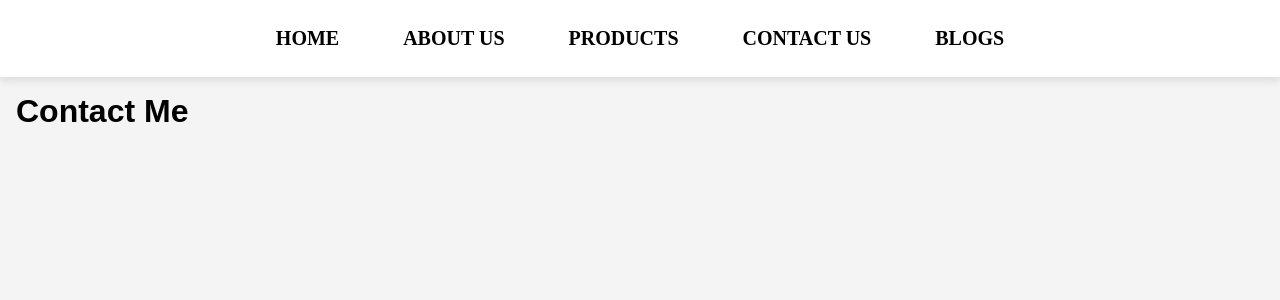
Repository: SharonSebastian32/ecommerce-web-using-react-framework
Page: /contact
An editor plug-in stored every save of this project. The page is shown before and after the next save, followed by the edit.
The browser window is 1280 px wide. The pictures show the whole page.
Some web fonts or font styles are not loaded; a fallback is used. The project was rebuilt for these pictures with package versions that can differ from the ones it lists, and the page was loaded fresh each time. Also part of the build but not shown: src/Style/homeStyle.css, src/pages/Home.jsx, src/pages/Blogs.jsx, src/pages/NoPage.jsx, src/pages/About.jsx, src/ProductPage/productCard.jsx, src/ProductPage/productPage.jsx, src/index.css.

Above is the page before, as saved 2024-07-02 11:26:08.

After the next save:
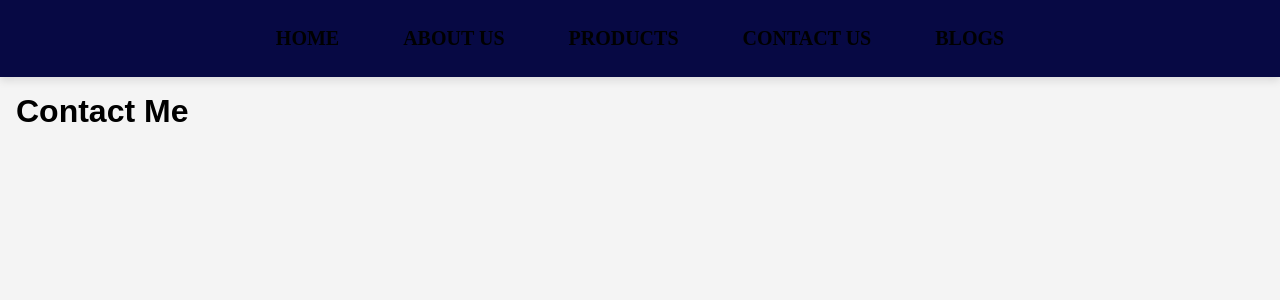
Saved 38 s later.
--- a/src/Style/layout1.css
+++ b/src/Style/layout1.css
@@ -8,7 +8,7 @@
     }
 
     nav {
-         background-color: #ffffff;
+         background-color: #070944;
         box-shadow: 0 4px 8px rgba(0, 0, 0, 0.1);
     }
 
